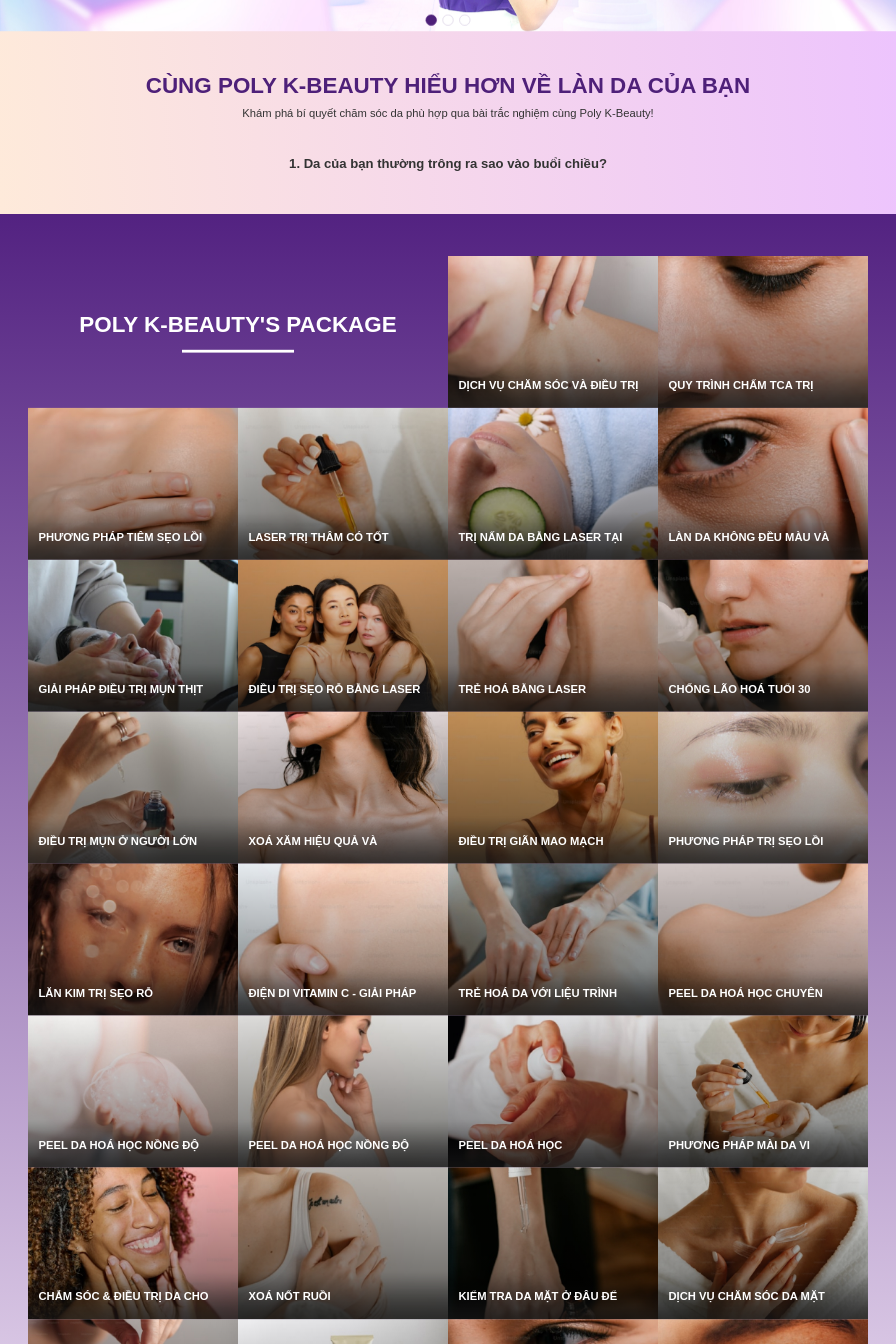
Repository: dinhtri123/k_beauty
Page: test.html
The author's editor kept a copy of each file at every save. The page is drawn from the files as they stood at one save, then again after the next save.
The browser window is 1280 px wide. The pictures show the part of the page from y = 614 to 2534 px (the page is 4378 px tall before and 4402 px after), at 70% of full size.
Some web fonts or font styles are not loaded; a fallback is used.

Above is the page before, as saved 2024-12-25 14:07:23.

### test.html
<!DOCTYPE html>
<html lang="en">

<head>
  <meta charset="UTF-8">
  <meta name="viewport" content="width=device-width, initial-scale=1.0">
  <title>Home Page</title>
  <link rel="stylesheet" href="https://cdn.jsdelivr.net/npm/swiper@11/swiper-bundle.min.css" />
  <link rel="stylesheet" href="https://cdnjs.cloudflare.com/ajax/libs/font-awesome/6.7.2/css/all.min.css"
    integrity="sha512-Evv84Mr4kqVGRNSgIGL/F/aIDqQb7xQ2vcrdIwxfjThSH8CSR7PBEakCr51Ck+w+/U6swU2Im1vVX0SVk9ABhg=="
    crossorigin="anonymous" referrerpolicy="no-referrer" />
  <link rel="stylesheet" href="./css/style.css">
  <link rel="stylesheet" href="./css/test.css">
</head>

<body>
  <header>
    <div class="header-top-wrapper">
      <div class="container">
        <div class="header-top">
          <div class="header-top-left">
            <a href="mailto:caodang@fpt.edu.vn">
              <img src="./images/mail-outline.png" alt="">
              <span>caodang@fpt.edu.vn</span>
            </a>
            <p>
              <img src="./images/call-outline.png" alt="">
              <a href="tel:024 6327 6402">024 6327 6402</a>
              <span>|</span>
              <a href="tel: 0981 725 836"> 0981 725 836</a>
            </p>
          </div>
          <div class="header-top-right">
            <a href="">
              <img src="./images/Facebook.png" alt="">
            </a>
            <a href="">
              <img src="./images/YouTube.png" alt="">
            </a>
            <a href="">
              <img src="./images/TikTok.png" alt="">
            </a>
            <a href="">
              <img src="./images/Frame.png" alt="">
            </a>
          </div>
        </div>
      </div>
    </div>
    <div class="header-main container">
      <a href="" class="header-logo">
        <img src="./images/logo.png" alt="">
      </a>
      <nav class="header-nav">
        <ul class="header-menu">
          <li>
            <a href="">Trang chủ</a>
          </li>
          <li>
            <a href="">Giới thiệu
              <span>
                <img src="./images/arrow-bottom.png" alt="">
              </span>
            </a>
          </li>
          <li>
            <a href="">ngành đào tạo
              <span>
                <img src="./images/arrow-bottom.png" alt="">
              </span>
            </a>
          </li>
          <li>
            <a href="">ƯU đãi</a>
          </li>
          <li>
            <a href="">kiến thức da liễu cùng chuyên gia</a>
          </li>
          <li class="header-btn-close sm">
            <i class="fa-solid fa-xmark"></i>
          </li>
        </ul>
      </nav>
      <span class="header-btn-menu sm">
        <i class="fa-solid fa-bars"></i>
      </span>
    </div>
  </header>
  <main id="test">
    <section class="slider-hero">
      <div class="swiper hero-swiper">
        <div class="swiper-wrapper">
          <div class="swiper-slide">
            <img src="./images/image 1.jpg" alt="">
          </div>
          <div class="swiper-slide">
            <img src="./images/image 1.jpg" alt="">
          </div>
          <div class="swiper-slide">
            <img src="./images/image 1.jpg" alt="">
          </div>
        </div>
        <div class="hero-btn swiper-button-next">
          <i class="fa-solid fa-chevron-right"></i>
        </div>
        <div class="hero-btn swiper-button-prev">
          <i class="fa-solid fa-chevron-left"></i>
        </div>
        <div class="swiper-pagination"></div>
      </div>
    </section>
    <section class="befenit">
      <div class="container">
        <div class="befenit-inner">
          <h2>CÙNG POLY K-BEAUTY HIỂU HƠN VỀ LÀN DA CỦA BẠN</h2>
          <p>Khám phá bí quyết chăm sóc da phù hợp qua bài trắc nghiệm cùng Poly K-Beauty!</p>
          <div class="befenit-question">
            <div class="question-item">
              <h3>1. Da của bạn thường trông ra sao vào buổi chiều?</h3>
              <div class="question-option">

              </div>
            </div>
          </div>
        </div>
      </div>
    </section>
    <section class="package">
      <div class="container">
        <div class="package-inner">
          <h2>POLY K-BEAUTY'S PACKAGE <span class="line"></span></h2>
          <div class="package-item">
            <img src="./images/package_img1.jpg" alt="">
            <h3>Dịch vụ chăm sóc và điều trị</h3>
          </div>
          <div class="package-item">
            <img src="./images/package_img2.jpg" alt="">
            <h3>QUY TRÌNH CHẤM TCA TRỊ</h3>
          </div>
          <div class="package-item">
            <img src="./images/package_img3.jpg" alt="">
            <h3>PHƯƠNG PHÁP TIÊM SẸO LỒI</h3>
          </div>
          <div class="package-item">
            <img src="./images/package_img4.jpg" alt="">
            <h3>LASER TRỊ THÂM CÓ TỐT</h3>
          </div>
          <div class="package-item">
            <img src="./images/package_img5.jpg" alt="">
            <h3>TRỊ NẤM DA BẰNG LASER TẠI</h3>
          </div>
          <div class="package-item">
            <img src="./images/package_img6.jpg" alt="">
            <h3>LÀN DA KHÔNG ĐỀU MÀU VÀ</h3>
          </div>
          <div class="package-item">
            <img src="./images/package_img7.jpg" alt="">
            <h3>GIẢI PHÁP ĐIỀU TRỊ MỤN THỊT</h3>
          </div>
          <div class="package-item">
            <img src="./images/package_img8.jpg" alt="">
            <h3>ĐIỀU TRỊ SẸO RỖ BẰNG LASER</h3>
          </div>
          <div class="package-item">
            <img src="./images/package_img9.jpg" alt="">
            <h3>TRẺ HOÁ BẰNG LASER</h3>
          </div>
          <div class="package-item">
            <img src="./images/package_img10.jpg" alt="">
            <h3>CHỐNG LÃO HOÁ TUỔI 30</h3>
          </div>
          <div class="package-item">
            <img src="./images/package_img11.jpg" alt="">
            <h3>ĐIỀU TRỊ MỤN Ở NGƯỜI LỚN</h3>
          </div>
          <div class="package-item">
            <img src="./images/package_img12.jpg" alt="">
            <h3>XOÁ XĂM HIỆU QUẢ VÀ</h3>
          </div>
          <div class="package-item">
            <img src="./images/package_img13.jpg" alt="">
            <h3>ĐIỀU TRỊ GIÃN MAO MẠCH</h3>
          </div>
          <div class="package-item">
            <img src="./images/package_img14.jpg" alt="">
            <h3>PHƯƠNG PHÁP TRỊ SẸO LỒI</h3>
          </div>
          <div class="package-item">
            <img src="./images/package_img15.jpg" alt="">
            <h3>LĂN KIM TRỊ SẸO RỖ</h3>
          </div>
          <div class="package-item">
            <img src="./images/package_img16.jpg" alt="">
            <h3>ĐIỆN DI VITAMIN C - GIẢI PHÁP</h3>
          </div>
          <div class="package-item">
            <img src="./images/package_img17.jpg" alt="">
            <h3>TRẺ HOÁ DA VỚI LIỆU TRÌNH</h3>
          </div>
          <div class="package-item">
            <img src="./images/package_img18.jpg" alt="">
            <h3>PEEL DA HOÁ HỌC CHUYÊN</h3>
          </div>
          <div class="package-item">
            <img src="./images/package_img19.jpg" alt="">
            <h3>PEEL DA HOÁ HỌC NỒNG ĐỘ</h3>
          </div>
          <div class="package-item">
            <img src="./images/package_img20.jpg" alt="">
            <h3>PEEL DA HOÁ HỌC NỒNG ĐỘ</h3>
          </div>
          <div class="package-item">
            <img src="./images/package_img21.jpg" alt="">
            <h3>PEEL DA HOÁ HỌC</h3>
          </div>
          <div class="package-item">
            <img src="./images/package_img22.jpg" alt="">
            <h3>PHƯƠNG PHÁP MÀI DA VI</h3>
          </div>
          <div class="package-item">
            <img src="./images/package_img23.jpg" alt="">
            <h3>CHẮM SÓC & ĐIỀU TRỊ DA CHO</h3>
          </div>
          <div class="package-item">
            <img src="./images/package_img24.jpg" alt="">
            <h3>XOÁ NỐT RUỒI</h3>
          </div>
          <div class="package-item">
            <img src="./images/package_img25.jpg" alt="">
            <h3>KIỂM TRA DA MẶT Ở ĐÂU ĐỂ</h3>
          </div>
          <div class="package-item">
            <img src="./images/package_img26.jpg" alt="">
            <h3>DỊCH VỤ CHĂM SÓC DA MẶT</h3>
          </div>
          <div class="package-item">
            <img src="./images/package_img27.jpg" alt="">
            <h3>MỤN LÀ CHUYỆN NHỎ VỚI</h3>
          </div>
          <div class="package-item">
            <img src="./images/package_img28.jpg" alt="">
            <h3>TÌM LẠI LÀN DA MỊN MÀNG VỚI</h3>
          </div>
          <div class="package-item">
            <img src="./images/package_img29.jpg" alt="">
            <h3>ĐỐT MỤN THỊT, U VÀNG</h3>
          </div>
          <div class="package-item">
            <img src="./images/package_img30.jpg" alt="">
            <h3>ĐIỀU TRỊ MỤN TRỨNG CÁ DỨT</h3>
          </div>
          <div class="package-item">
            <img src="./images/package_img31.jpg" alt="">
            <h3>TRIỆT LÔNG VĨNH VIỄN</h3>
          </div>
          <div class="package-item">
            <img src="./images/package_img32.jpg" alt="">
            <h3>NÁM DA VÀ RỐI LOẠN SẮC TỐ</h3>
          </div>
          <div class="package-item">
            <img src="./images/package_img33.jpg" alt="">
            <h3>LIỆU TRÌNH TRẺ HOÁ DA LÀM</h3>
          </div>
          <div class="package-item">
            <img src="./images/package_img34.jpg" alt="">
            <h3>ĐIỀU TRỊ TRỊ MỤN</h3>
          </div>
        </div>
      </div>
    </section>
    <section class="form-bottom">
      <div class="container">
        <div class="form-inner">
          <div class="form-text">
            <h2>Tìm hiểu chương trình tại Poly K-Beauty và nhận tư vấn ngay!</h2>
            <button>Đăng ký ngay</button>
          </div>
          <div class="form-img">
            <img src="./images/form-img.png" alt="">
          </div>
        </div>
      </div>
    </section>
  </main>
  <footer>
    <div class="container">
      <div class="footer-wrapper">
        <div class="footer-left">
          <div class="footer-logo">
            <img src="./images/logo-footer.png" alt="">
          </div>
          <div class="footer-social">
            <a href="#">
              <img src="./images/icon-fb.png" alt="">
            </a>
            <a href="#">
              <img src="./images/icon-ytb.png" alt="">
            </a>
            <a href="#">
              <img src="./images/icon-tiktok.png" alt="">
            </a>
            <a href="#">
              <img src="./images/icon-wiki.png" alt="">
            </a>
          </div>
          <div class="footer-contact">
            <h3>THÔNG TIN LIÊN HỆ</h3>
            <ul>
              <li>Điện thoại: (024) 7300 1955</li>
              <li>Email: caodang@fpt.edu.vn</li>
            </ul>
          </div>
        </div>
        <div class="footer-right">
          <h3>HỆ THỐNG VĂN PHÒNG TUYỂN SINH</h3>
          <div class="footer-local">
            <div class="local-item">
              <h4>Cơ sở Hà Nội</h4>
              <ul>
                <li><span><ion-icon name="location-outline"></ion-icon></span> Cổng số 1, Tòa nhà FPT
                  Polytechnic, 13 phố Trịnh Văn Bô, phường Phương Canh, quận Nam Từ Liêm, TP Hà Nội
                  Km12
                  Cầu Diễn, Phường Phúc Diễn, Quận Bắc Từ Liêm, Hà Nội</li>
                <li><span><ion-icon name="call-outline"></ion-icon></span>(024) 8582 0808</li>
              </ul>
            </div>
            <div class="local-item">
              <h4>Cơ sở Hồ Chí Minh</h4>
              <ul>
                <li><span><ion-icon name="location-outline"></ion-icon></span> Tòa nhà QTSC9 (toà T),
                  đường
                  Tô Ký, phường Tân Chánh Hiệp, quận 12, TP HCM.</li>
                <li><span><ion-icon name="location-outline"></ion-icon></span> 778/B1 Nguyễn Kiệm,
                  phường
                  04, quận Phú Nhuận, TP HCM
                  0901 660 002 – 028 6686 6486</li>
              </ul>
            </div>
            <div class="local-item">
              <h4>Cơ sở Thái Nguyên</h4>
              <ul>
                <li><span><ion-icon name="location-outline"></ion-icon></span> Tòa nhà FPT Polytechnic,
                  đường đê Mỏ Bạch, tổ 10, phường Quyết Thắng, TP Thái Nguyên, tỉnh Thái Nguyên</li>
                <li><span><ion-icon name="location-outline"></ion-icon></span> 091 532 9213</li>
              </ul>
            </div>
            <div class="local-item">
              <h4>Cơ sở Đà Nẵng</h4>
              <ul>
                <li><span><ion-icon name="location-outline"></ion-icon></span> 219 Nguyễn Sinh Sắc,
                  phường
                  Hoà Minh, quận Liên Chiểu, TP Đà Nẵng</li>
                <li><span><ion-icon name="location-outline"></ion-icon></span> 023 6371 0999 – 094 302
                  5282
                </li>
              </ul>
            </div>
            <div class="local-item">
              <h4>Cơ sở Hải Phòng</h4>
              <ul>
                <li><span><ion-icon name="location-outline"></ion-icon></span> 271 Lê Thánh Tông, phường
                  Máy
                  Chai, quận Ngô Quyền, TP Hải Phòng</li>
                <li><span><ion-icon name="location-outline"></ion-icon></span> 0915431313</li>
              </ul>
            </div>
            <div class="local-item">
              <h4>Cơ sở Quy Nhơn</h4>
              <ul>
                <li><span><ion-icon name="location-outline"></ion-icon></span> 107A Thanh Niên, phường
                  Quang
                  Trung, TP Quy Nhơn, tỉnh Bình Định</li>
                <li><span><ion-icon name="location-outline"></ion-icon></span> 039 404 4568</li>
              </ul>
            </div>
            <div class="local-item">
              <h4>Cơ sở Hà Nam</h4>
              <ul>
                <li><span><ion-icon name="location-outline"></ion-icon></span> Tổ hợp Giáo dục FPT,
                  Unischool, Khu Đại học Nam Cao, Phường Hoàng Đông, Thị xã Duy Tiên, Hà Nam</li>
                <li><span><ion-icon name="location-outline"></ion-icon></span> 0911 968 213</li>
              </ul>
            </div>
            <div class="local-item">
              <h4>Cơ sở Tây Nguyên</h4>
              <ul>
                <li><span><ion-icon name="location-outline"></ion-icon></span> Số 300, 6 Đường Hà Huy
                  Tập,
                  Tổ dân phố 8, phường Tân An, TP Buôn Ma Thuột, Đắk Lắk</li>
                <li><span><ion-icon name="location-outline"></ion-icon></span> 026 2355 5678</li>
              </ul>
            </div>
            <div class="local-item">
              <h4>Cơ sở Thanh Hoá</h4>
              <ul>
                <li><span><ion-icon name="location-outline"></ion-icon></span> Tòa Beta, Tổ hợp giáo dục
                  FPT, Đại lộ Võ Nguyên Giáp, phường Quảng Thành, TP Thanh Hóa</li>
                <li><span><ion-icon name="location-outline"></ion-icon></span> 091 378 5213</li>
              </ul>
            </div>
            <div class="local-item">
              <h4>Cơ sở Đồng Nai</h4>
              <ul>
                <li><span><ion-icon name="location-outline"></ion-icon></span> 193 Đỗ Văn Thi, phường
                  Hiệp
                  Hòa, TP Biên Hòa, tỉnh Đồng Nai</li>
                <li><span><ion-icon name="location-outline"></ion-icon></span> 0345 690 031 – 0989 871
                  031
                </li>
              </ul>
            </div>
            <div class="local-item">
              <h4>Cơ sở Cần Thơ</h4>
              <ul>
                <li><span><ion-icon name="location-outline"></ion-icon></span> Toà nhà FPT Polytechnic,
                  đường số 22, phường Thường Thạnh, quận Cái Răng, TP Cần Thơ</li>
                <li><span><ion-icon name="location-outline"></ion-icon></span> 098 388 1100 – 091 2823
                  492
                </li>
              </ul>
            </div>
          </div>
        </div>
      </div>
    </div>
  </footer>
</body>

<script src="https://cdn.jsdelivr.net/npm/swiper@11/swiper-bundle.min.js"></script>

<script>
  var swiper = new Swiper(".hero-swiper", {
    loop: true,
    navigation: {
      nextEl: ".swiper-button-next",
      prevEl: ".swiper-button-prev",
    },
    pagination: {
      el: ".swiper-pagination",
    },
  });
</script>
<script src="./index.js"></script>

</html>

Loaded but not shown: index.js (22 lines, source omitted); css/style.css (697 lines, source omitted); css/test.css (empty)

After the next save:
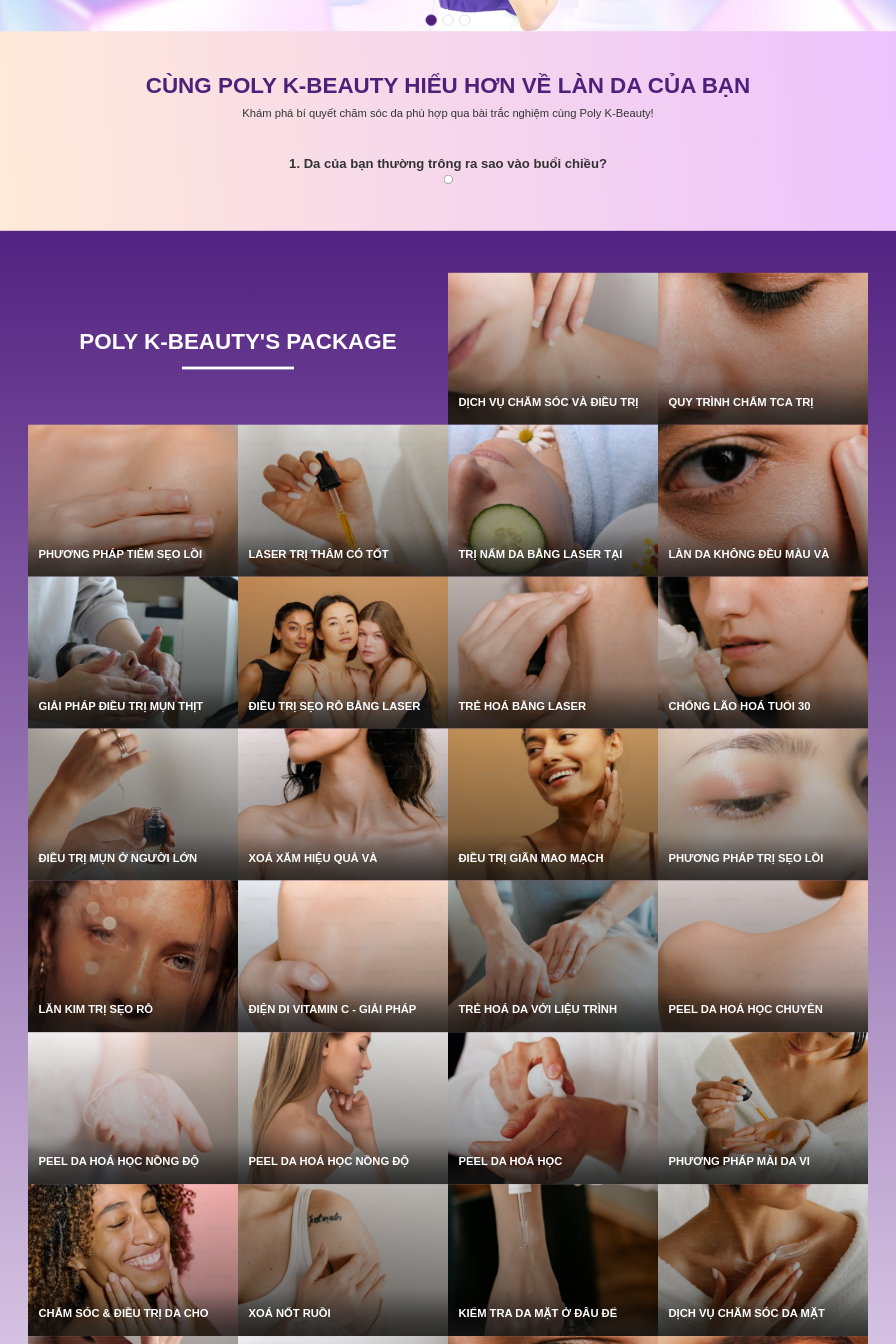
Saved 17 s later.
--- a/test.html
+++ b/test.html
@@ -118,7 +118,7 @@
             <div class="question-item">
               <h3>1. Da của bạn thường trông ra sao vào buổi chiều?</h3>
               <div class="question-option">
-
+                <input type="radio" name="" id="">
               </div>
             </div>
           </div>
